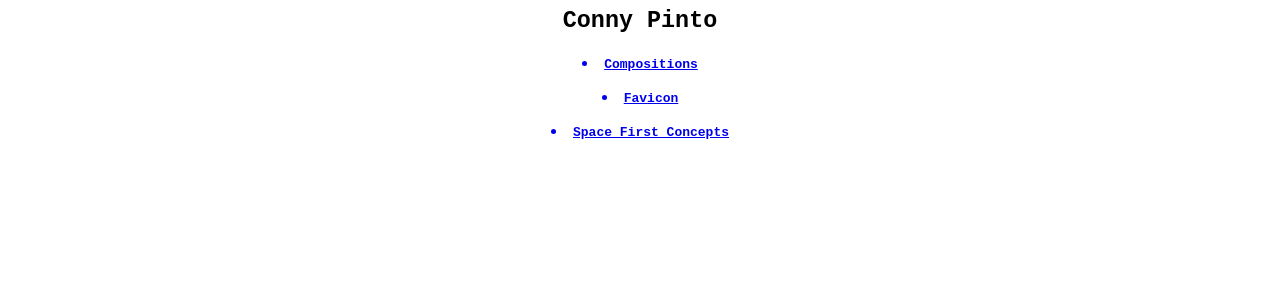
Repository: ConnyPinto/connypinto.github.io
Page: Composition/index.html
The author's editor kept a record of every edit. The page is drawn from the files as they stood at one moment, then again after the next edit.
The browser window is 1280 px wide. The pictures show the whole page.

Above is the page before.

### Composition/index.html
<html>

<head>
    <title>Conny Pinto</title>
</head>

<body>


        <h2><big><center><code>Conny Pinto</code></center></big></h2>



            <a href="composition.html"></composition><center></h3><li><code><strong>Compositions</strong></code></li></center></p></a>
          <a href="favicon.pdfl"></composition><center></h3><li><code><strong>Favicon</strong></code></li></center></p></a>
          <a href="concepts.pdf"></composition><center></h3><li><code><strong>Space First Concepts</strong></code></li></center></p></a>

</body>

</html>

After the next edit:
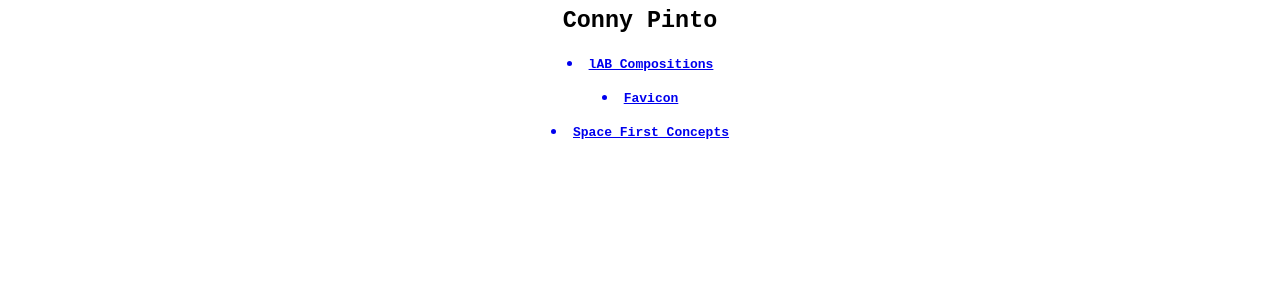
The edit:
--- a/Composition/index.html
+++ b/Composition/index.html
@@ -11,9 +11,9 @@
 
 
 
-            <a href="composition.html"></composition><center></h3><li><code><strong>Compositions</strong></code></li></center></p></a>
-          <a href="favicon.pdfl"></composition><center></h3><li><code><strong>Favicon</strong></code></li></center></p></a>
-          <a href="concepts.pdf"></composition><center></h3><li><code><strong>Space First Concepts</strong></code></li></center></p></a>
+            <a href="composition.html"></composition><center></h3><li><code><strong>lAB Compositions</strong></code></li></center></p></a>
+          <a href=../../"favicon.pdfl"></composition><center></h3><li><code><strong>Favicon</strong></code></li></center></p></a>
+          <a href=../../"concepts.pdf"></composition><center></h3><li><code><strong>Space First Concepts</strong></code></li></center></p></a>
 
 </body>
 
